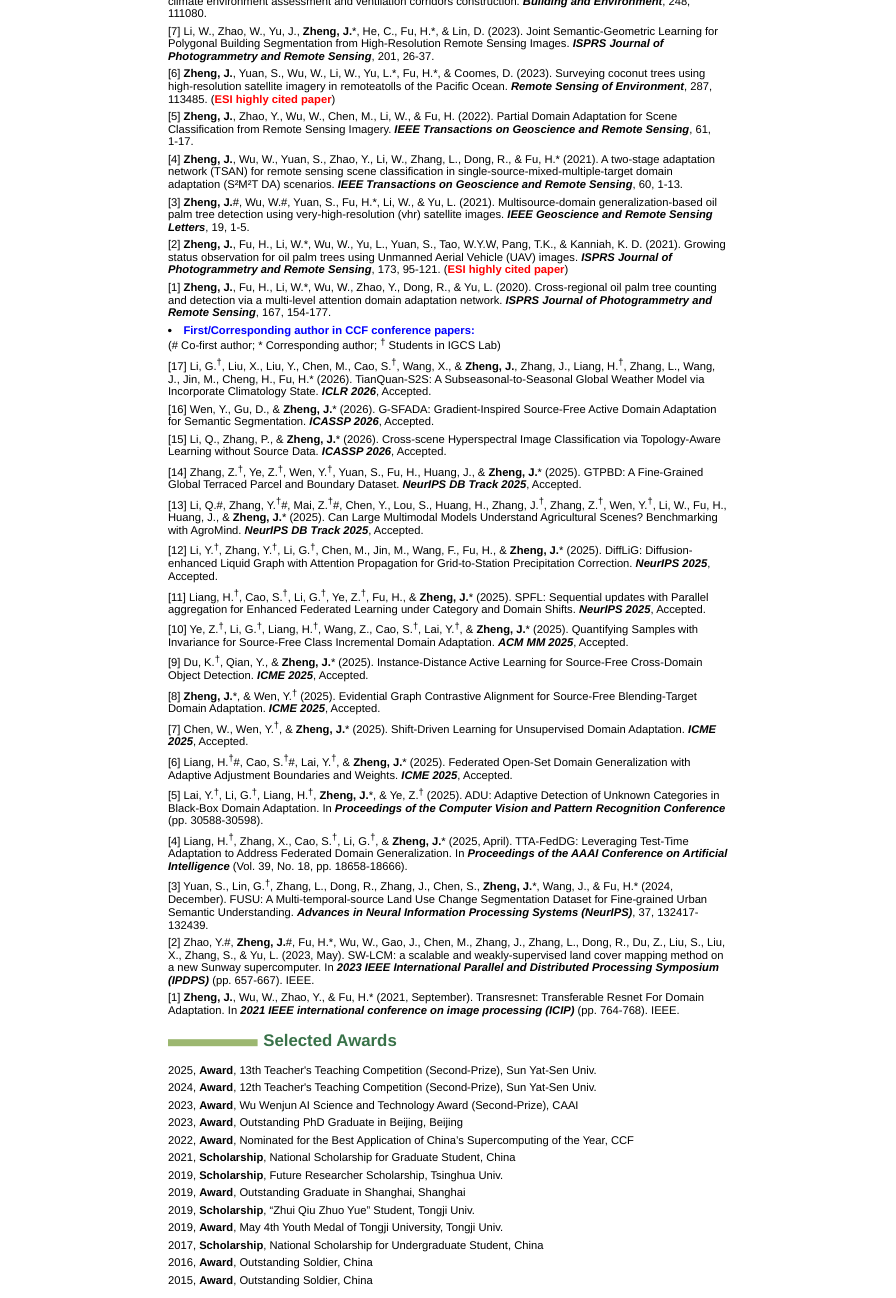
Repository: rssysu/rssysu.github.io
Page: assets/resume/zjp.html
These files come from the project's save history. The page is drawn as it stood at one moment and after the next save; the edit follows.
The browser window is 1280 px wide. The pictures show the part of the page from y = 2772 to 4692 px (the page is 4626 px tall before and 4692 px after), at 70% of full size.

Above is the page before, as saved 2026-01-26 21:19:12.

After the next save:
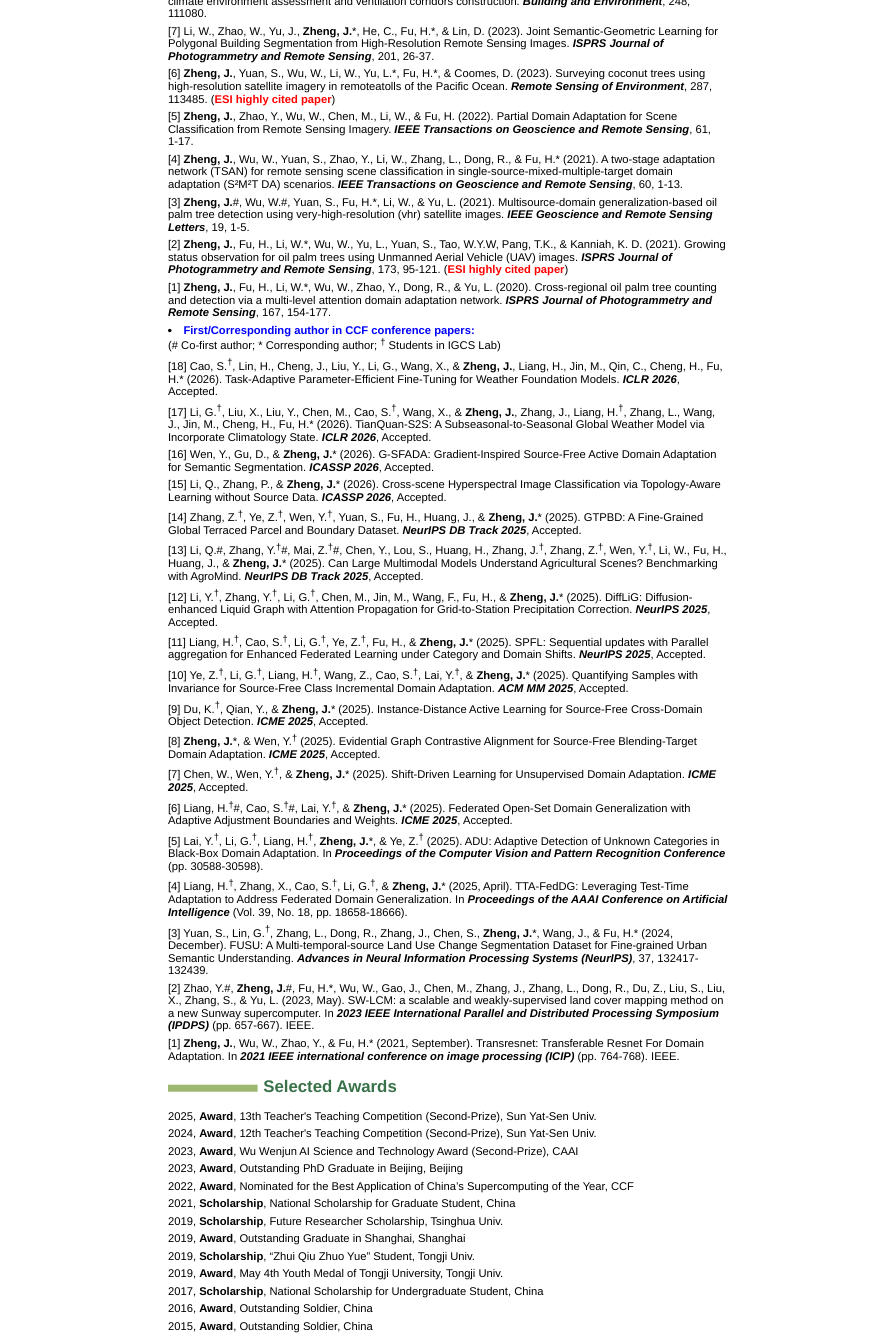
Saved 3 min 52 s later.
--- a/assets/resume/zjp.html
+++ b/assets/resume/zjp.html
@@ -187,6 +187,7 @@ Processing</strong></p>
 <p></p>
 <li><b><font color="blue">First/Corresponding author in CCF conference papers:</font></b></li>
 <p>(# Co-first author; * Corresponding author; <sup>&#8224</sup> Students in IGCS Lab)</p>
+<p>[18] Cao, S.<sup>&#8224</sup>, Lin, H., Cheng, J., Liu, Y., Li, G., Wang, X., &amp; <b>Zheng, J.</b>, Liang, H., Jin, M., Qin, C., Cheng, H., Fu, H.* (2026). Task-Adaptive Parameter-Efficient Fine-Tuning for Weather Foundation Models. <b><em>ICLR 2026</em></b>, Accepted.</p>
 <p>[17] Li, G.<sup>&#8224</sup>, Liu, X., Liu, Y., Chen, M., Cao, S.<sup>&#8224</sup>, Wang, X., &amp; <b>Zheng, J.</b>, Zhang, J., Liang, H.<sup>&#8224</sup>, Zhang, L., Wang, J., Jin, M., Cheng, H., Fu, H.* (2026). TianQuan-S2S: A Subseasonal-to-Seasonal Global Weather Model via Incorporate Climatology State. <b><em>ICLR 2026</em></b>, Accepted.</p>
 <p>[16] Wen, Y., Gu, D., &amp; <b>Zheng, J.</b>* (2026). G-SFADA: Gradient-Inspired Source-Free Active Domain Adaptation for Semantic Segmentation. <b><em>ICASSP 2026</em></b>, Accepted.</p>
 <p>[15] Li, Q., Zhang, P., &amp; <b>Zheng, J.</b>* (2026). Cross-scene Hyperspectral Image Classification via Topology-Aware Learning without Source Data. <b><em>ICASSP 2026</em></b>, Accepted.</p>
